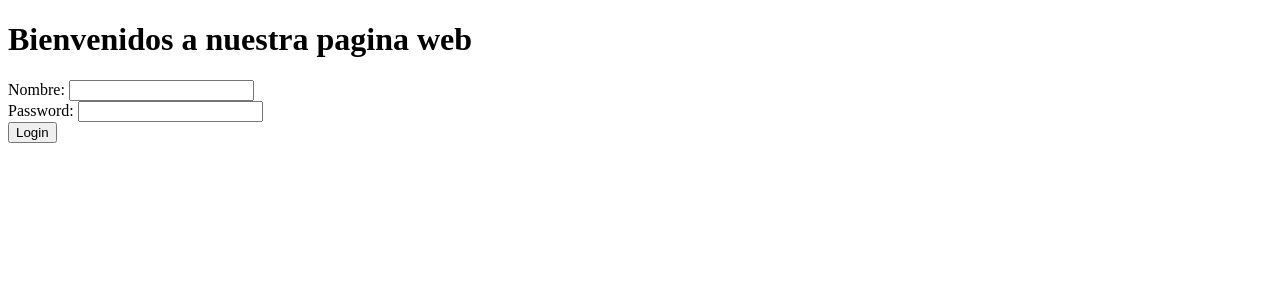
Repository: ismaeluceda/cursoJavaBasico
Page: 05_Web/WebContent/Inicio.html
The author's editor kept a copy of each file at every save. The page is drawn from the files as they stood at one save, then again after the next save.
The browser window is 1280 px wide. The pictures show the whole page.

Above is the page before, as saved 2019-04-24 10:58:50.

### 05_Web/WebContent/Inicio.html
<!DOCTYPE html>
<html>
<head>
<meta charset="UTF-8">
<title>Insert title here</title>
</head>
<body>
	<h1>Bienvenidos a nuestra pagina web</h1>
	<form action="">
		Nombre: <input type="text" name="nombreUsuario"></input>
		<br/>
		Password: <input type="password" name="pwdUsuario"></input>
		<br/>
		<input type="submit" value="Login"></input>

	</form>
</body>
</html>

After the next save:
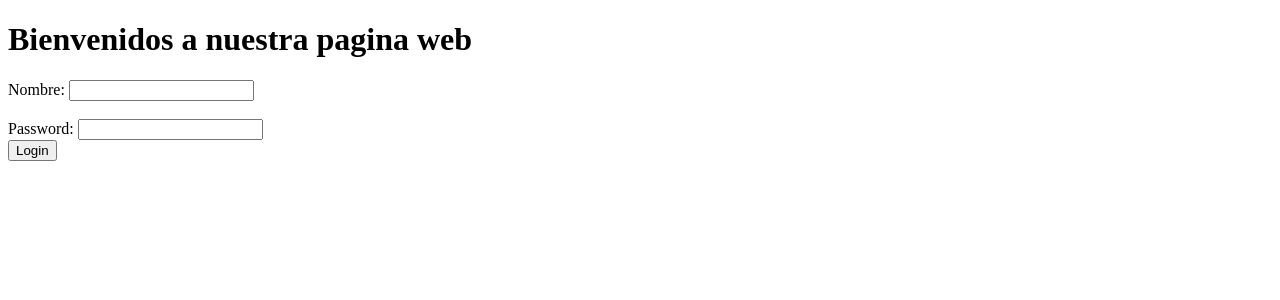
Saved 14 s later.
--- a/05_Web/WebContent/Inicio.html
+++ b/05_Web/WebContent/Inicio.html
@@ -8,7 +8,7 @@
 	<h1>Bienvenidos a nuestra pagina web</h1>
 	<form action="">
 		Nombre: <input type="text" name="nombreUsuario"></input>
-		<br/>
+		<br/><br/>
 		Password: <input type="password" name="pwdUsuario"></input>
 		<br/>
 		<input type="submit" value="Login"></input>
